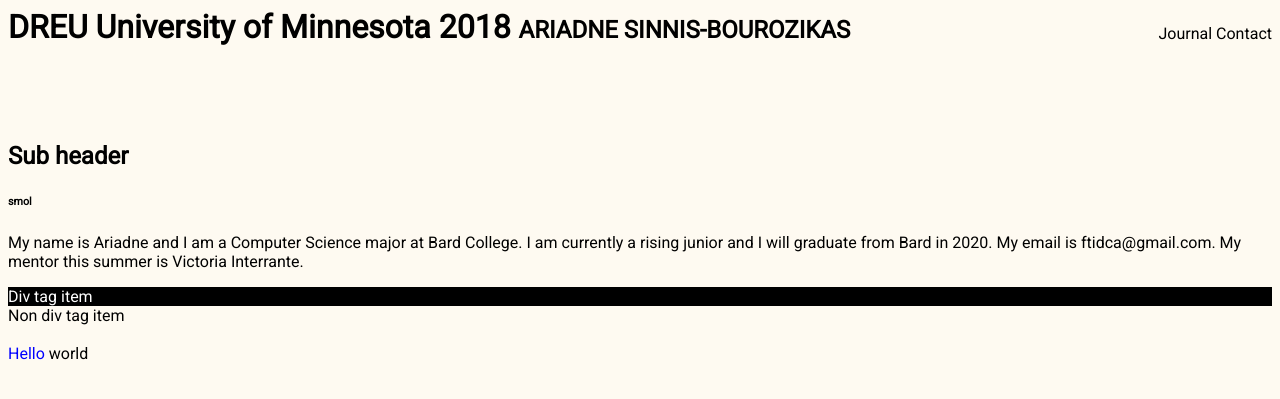
Repository: ariadnesb/dreu2018
Page: index.html
The author's editor kept a record of every edit. The page is drawn from the files as they stood at one moment, then again after the next edit.
The browser window is 1280 px wide. The pictures show the whole page.

Above is the page before.

### index.html
<!DOCTYPE html>
<html>
    <head>
        <title>It's me</title>
        <link rel="stylesheet" href="styles.css">
        <link href="https://fonts.googleapis.com/css?family=Roboto" rel="stylesheet">
    </head>

    <body>
        <div id="header">
            <h1>DREU University of Minnesota 2018 </h1>
            <h2>ARIADNE SINNIS-BOUROZIKAS</h2>

            <ul class="nav-bar">
                <li><a href="/journal.html">Journal</a></li>
                <li><a href="/contact.html">Contact</a></li>

        </div>


        <br><br>
        <br><br>


        <h2>Sub header</h2>
        <h6>smol</h6>

        <p>
        My name is Ariadne and I am a Computer Science major at Bard College. I am currently a rising junior and I will graduate from Bard in 2020. My email is ftidca@gmail.com.

        My mentor this summer is Victoria Interrante.
        </p>

        <!--- divs and spans can have 1 id but many classes -->
        <div id="custom-id">
            Div tag item
        </div>
        Non div tag item

        <br><br>
        <span class="custom-class">Hello</span> world



    </body>

</html>

### styles.css
html {
  /* everything that u put here will impact contents of <html>
  aka everything */
  font-family: 'Roboto', sans-serif;
  background-color: #FEFAF1;

}

#custom-id {
    background-color: black;
    color: white;
}

.custom-class{
    color: blue;
    display: inline;

}

#name {
    color: #66D167;
}

#header h1 {
    display: inline;
}

#header h2 {
    display: inline;
}

#header .nav-bar  {
    display: inline;
    float: right;
    list-style-type: none;
    /*margin: 0;*/
    padding: 0;

}

#header li {
    display: inline;
    padding: 0;
    background-color: none;
}

#header a {
    text-decoration: none;
    display: inline;
    color: black;

}

#header a:hover {
    background-color: olive;
    display: inline;
    color:white;
}

After the next edit:
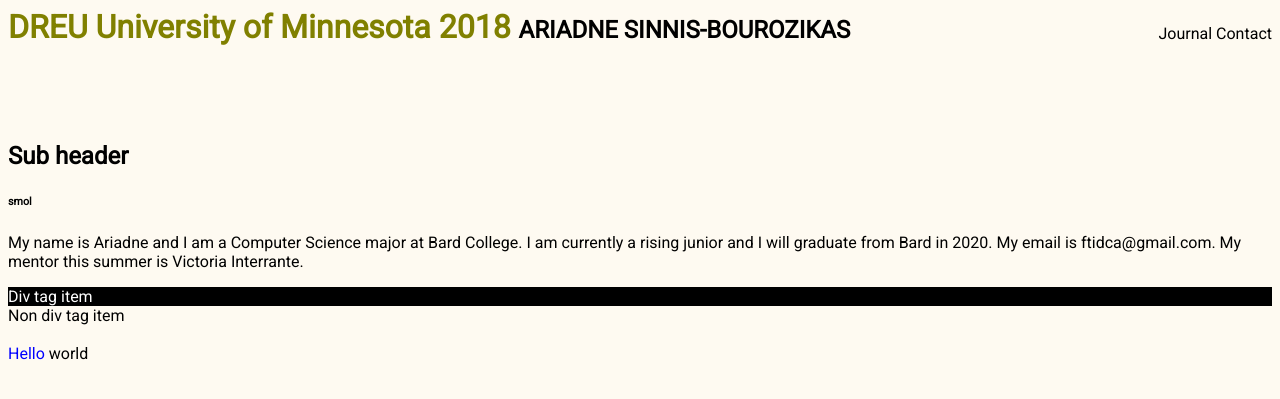
The edit:
--- a/styles.css
+++ b/styles.css
@@ -23,6 +23,7 @@
 
 #header h1 {
     display: inline;
+    color: olive;
 }
 
 #header h2 {
